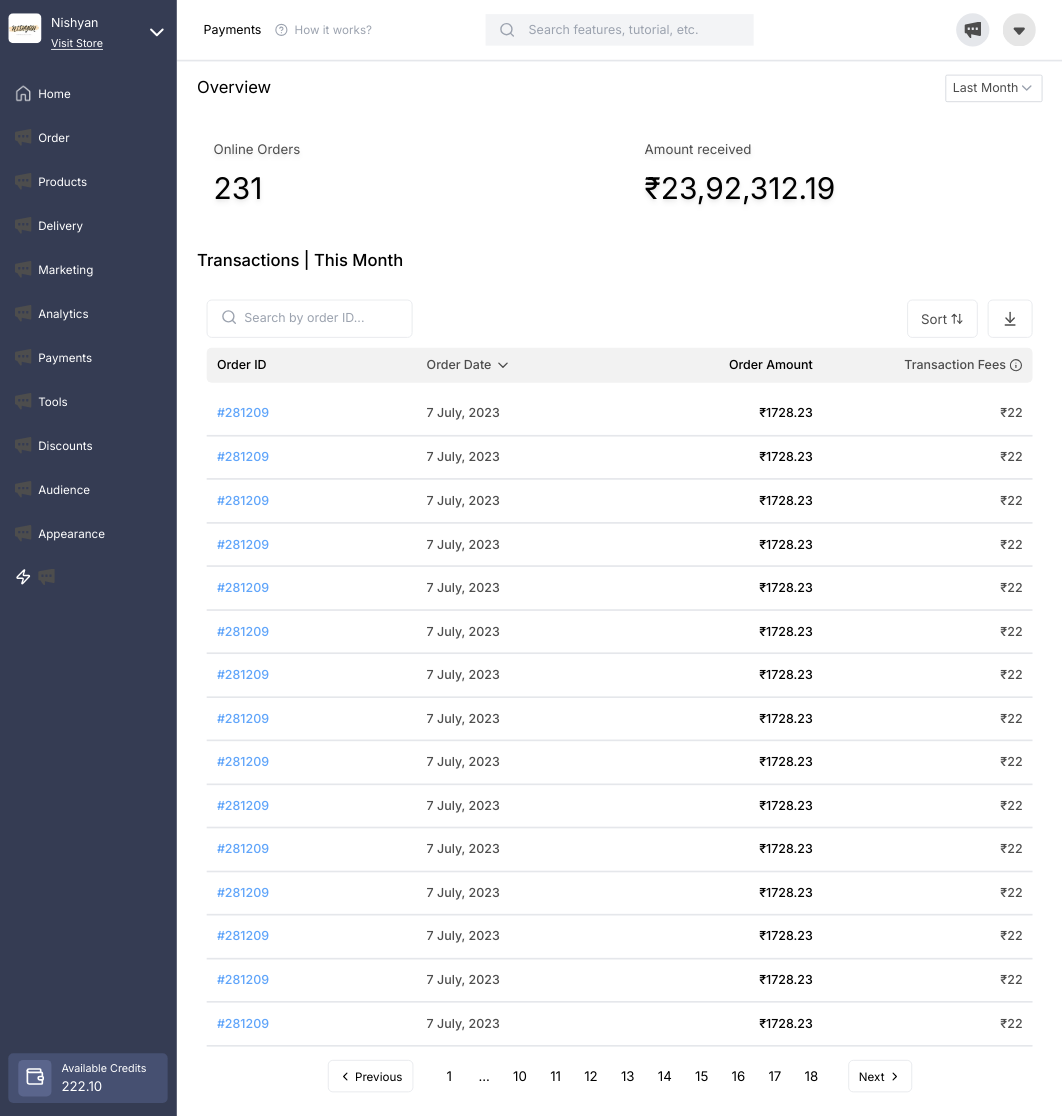
Repository: SubhamBnk/dukaan-task
Page: /
These files come from the project's save history. The page is drawn as it stood at one moment and after the next save; the edit follows.
The browser window is 1280 px wide. The pictures show the whole page, at 83% of full size.
The project was rebuilt for these pictures with package versions that can differ from the ones it lists, and the page was loaded fresh each time. The framework's server and built-in components were replaced by stand-ins that run in the browser. Also part of the build but not shown: next.config.js.

Above is the page before, as saved 2024-01-09 20:11:02.

After the next save:
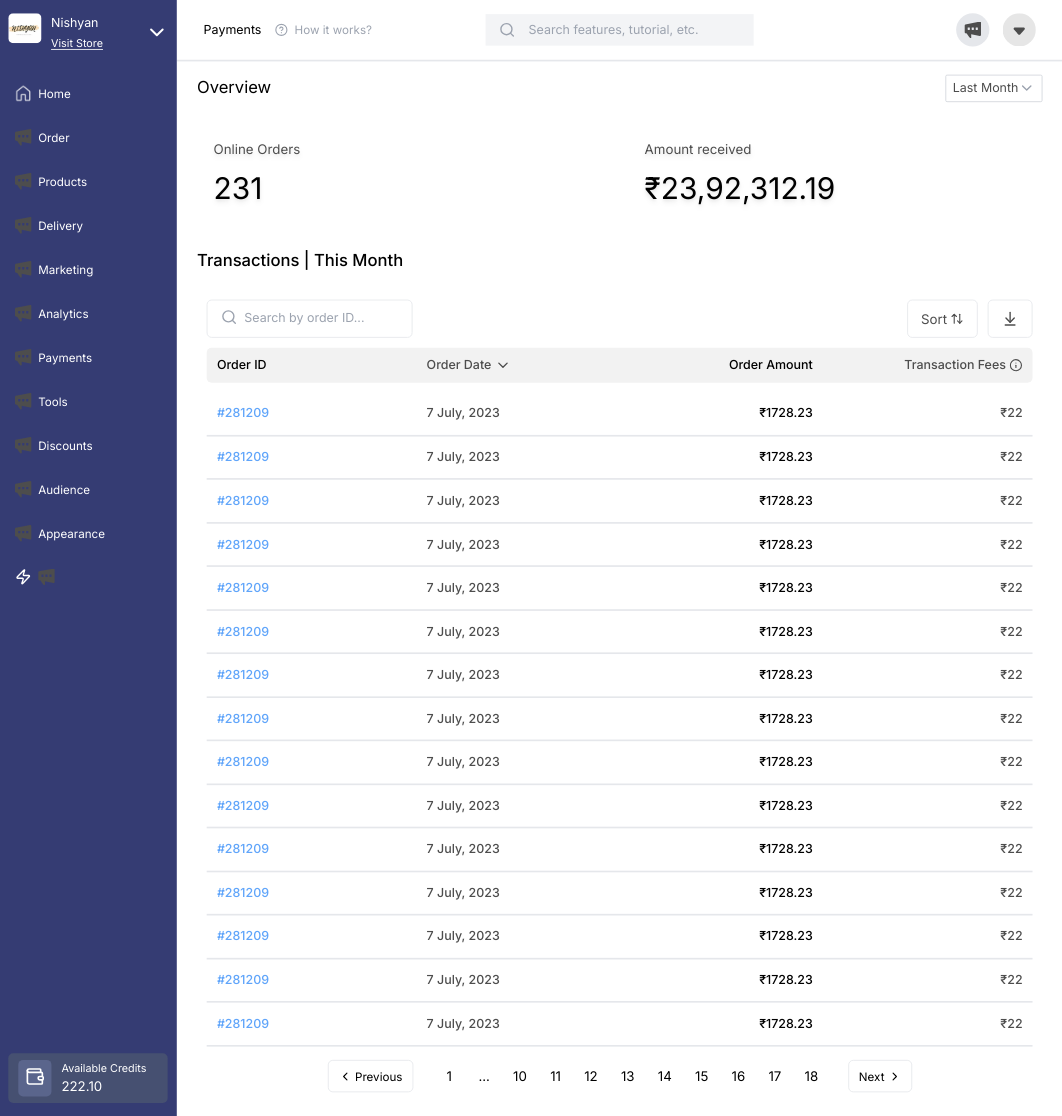
Saved 5 min 34 s later.
--- a/src/app/page.tsx
+++ b/src/app/page.tsx
@@ -11,7 +11,7 @@
 
   return (
     <div className='grid grid-cols-6 bg-white '>
-      <div className='bg-[#353C53] h-100 px-2.5 py-4 text-white relative'>
+      <div className='bg-[#353C73] h-100 px-2.5 py-4 text-white relative'>
           {/* Logo and Name */}
           <div className='flex gap-3'>
             <div>

After the save that followed:
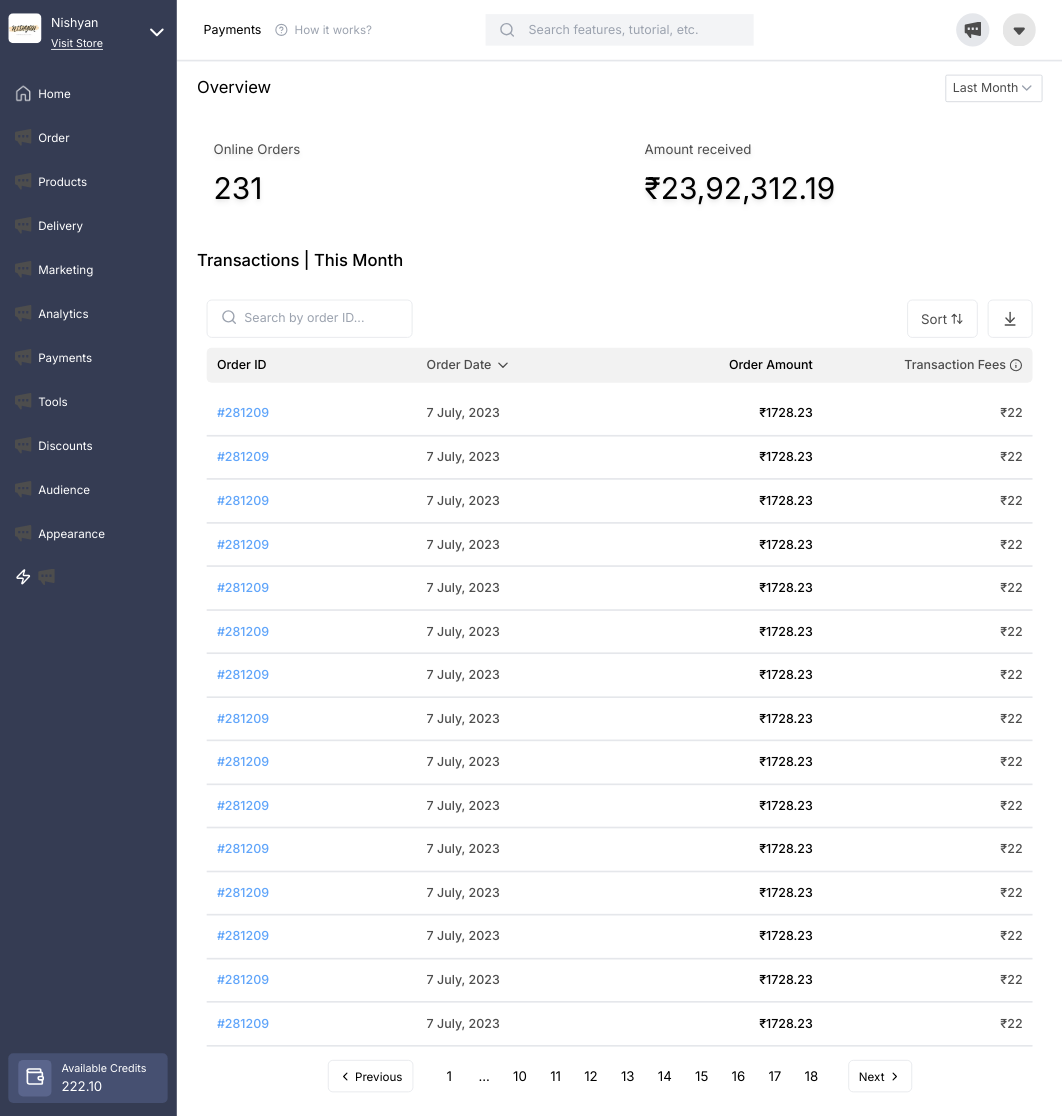
Saved 7 s later.
--- a/src/app/page.tsx
+++ b/src/app/page.tsx
@@ -11,7 +11,7 @@
 
   return (
     <div className='grid grid-cols-6 bg-white '>
-      <div className='bg-[#353C73] h-100 px-2.5 py-4 text-white relative'>
+      <div className='bg-[#353C53] h-100 px-2.5 py-4 text-white relative'>
           {/* Logo and Name */}
           <div className='flex gap-3'>
             <div>
